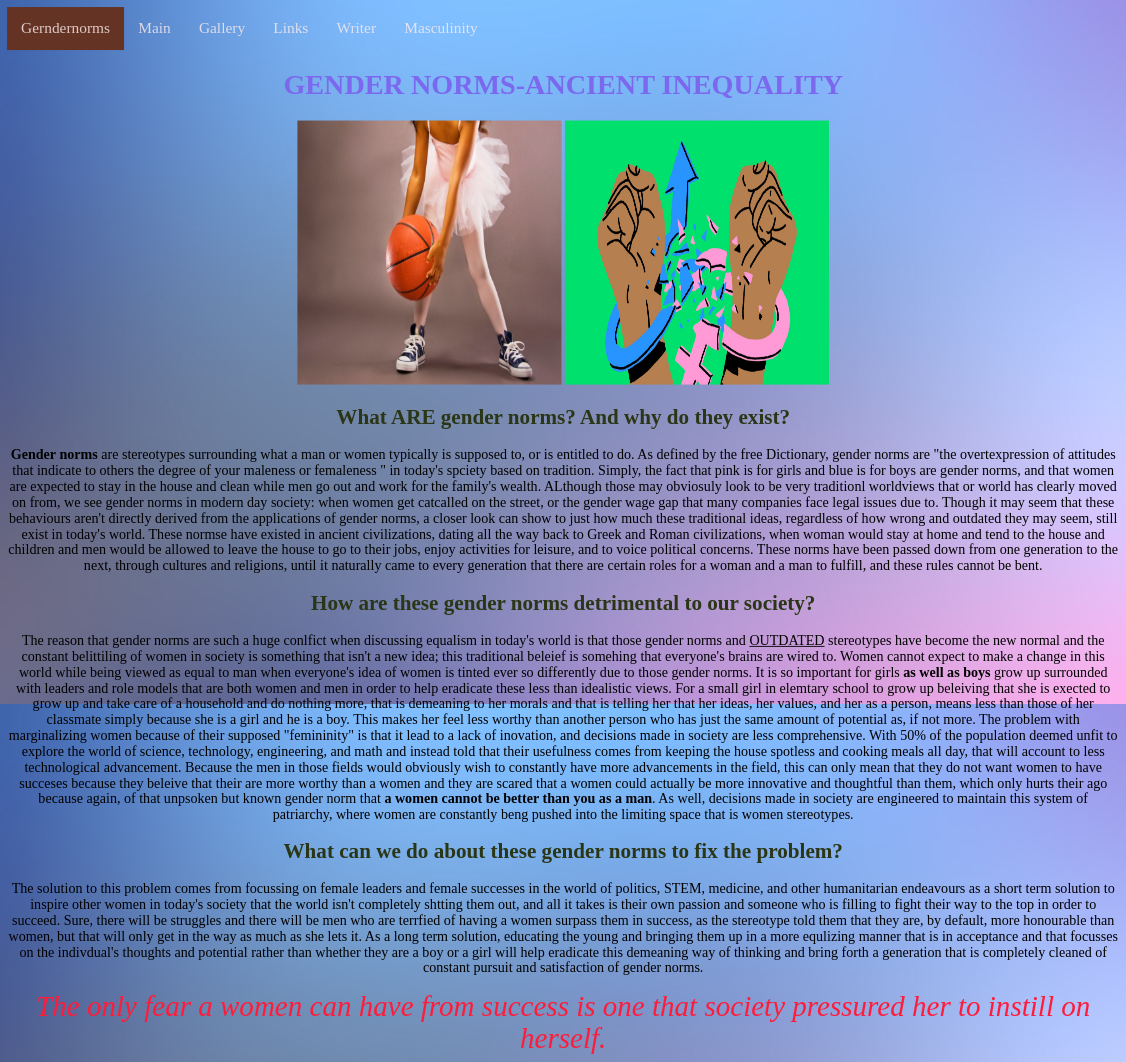
Repository: Lujaina-E/womens-rights-site
Page: gendernorms.html
The author's editor kept a copy of each file at every save. The page is drawn from the files as they stood at one save, then again after the next save.
The browser window is 1280 px wide. The pictures show the whole page, at 88% of full size.
Backgrounds fixed to the window are drawn as part of the page.

Above is the page before, as saved 2022-07-26 00:06:11.

### gendernorms.html
<!DOCTYPE html>
<html lang="en">
    <head>
        <title>gendernorms</title>
            <link rel="stylesheet" type="text/css" href="gendernormsStyle.css"/>
    </head>

    <div class="topnav" id="myTopnav">
        <a href="gendernorms.html" class="active">Gerndernorms</a>
        <a href="index.html">Main</a>
        <a href="gallery.html">Gallery</a>
        <a href="links.html">Links</a>
        <a href="founder.html">Writer</a>
        <a href="masculinity.html">Masculinity</a>
        <a href="javascript:void(0);" class="icon" onclick="myFunction()">
            <i class="fa fa-bars"></i>
        </a>
    </div>
    <body>
        <h1 id="pageTitle">GENDER NORMS-ANCIENT INEQUALITY</h1>
            <img id="photoID" src="Pictures/ballerina.jpg" alt="Please stand by and restart the page while you experience this error.">
            <img id="photoID" src="Pictures/hands.jpg" alt="Please stand by and restart the page while you experience this error.">

            <h2 class="heads">What ARE gender norms? And why do they exist?</h2>
                <p><b>Gender norms</b> are stereotypes surrounding what a man or women typically is supposed to, or is entitled to do. As defined by the free Dictionary, gender norms are "the
                overtexpression of attitudes that indicate to others the degree of your maleness or femaleness " in today's spciety based on tradition. Simply, the fact that pink is for girls
                and blue is for boys are gender norms, and that women are expected to stay in the house and clean while men go out and work for the family's wealth. ALthough those may obviosuly
                look to be very traditionl worldviews that or world has clearly moved on from, we see gender norms in modern day society: when women get catcalled on the street, or the gender
                wage gap that many companies face legal issues due to. Though it may seem that these behaviours aren't directly derived from the applications of gender norms, a closer look can
                show to just how much these traditional ideas, regardless of how wrong and outdated they may seem, still exist in today's world. These normse have existed in ancient civilizations,
                dating all the way back to Greek and Roman civilizations, when woman would stay at home and tend to the house and children and men would be allowed to leave the house to go to
                their jobs, enjoy activities for leisure, and to voice political concerns. These norms have been passed down from one generation to the next, through cultures and religions, until
                it naturally came to every generation that there are certain roles for a woman and a man to fulfill, and these rules cannot be bent.</p>
            <h2 class="heads"> How are these gender norms detrimental to our society?</h2>
                <p>The reason that gender norms are such a huge conlfict when discussing equalism in today's world is that those gender norms and <U>OUTDATED</U> stereotypes have become the new normal
                and the constant belittiling of women in society is something that isn't a new idea; this traditional beleief is somehing that everyone's brains are wired to. Women cannot expect to
                make a change in this world while being viewed as equal to man when everyone's idea of women is tinted ever so differently due to those gender norms. It is so important for girls
                <b>as well as boys</b> grow up surrounded with leaders and role models that are both women and men in order to help eradicate these less than idealistic views. For a small girl
                in elemtary school to grow up beleiving that she is exected to grow up and take care of a household and do nothing more, that is demeaning to her morals and that is telling her
                that her ideas, her values, and her as a person, means less than those of her classmate simply because she is a girl and he is a boy. This makes her feel less worthy than another
                person who has just the same amount of potential as, if not more. The problem with marginalizing women because of their supposed "femininity" is that it lead to a lack of inovation,
                and decisions made in society are less comprehensive. With 50% of the population deemed unfit to explore the world of science, technology, engineering, and math and instead told that
                their usefulness comes from keeping the house spotless and cooking meals all day, that will account to less technological advancement. Because the men in those fields would obviously wish to
                constantly have more advancements in the field, this can only mean that they do not want women to have succeses because they beleive that their are more worthy than a women and they are scared
                that a women could actually be more innovative and thoughtful than them, which only hurts their ago because again, of that unpsoken but known gender norm that <b>a women cannot be better than
                you as a man</b>. As well, decisions made in society are engineered to maintain this system of patriarchy, where women are constantly beng pushed into the limiting space  that is women stereotypes.</p>
            <h2 class="heads">What can we do about these gender norms to fix the problem?</h2>
                <p>The solution to this problem comes from focussing on female leaders and female successes in the world of politics, STEM, medicine, and other humanitarian endeavours as a short term solution
                to inspire other women in today's society that the world isn't completely shtting them out, and all it takes is their own passion and someone who is filling to fight their way to the top in order
                to succeed. Sure, there will be struggles and there will be men who are terrfied of having a women surpass them in success, as the stereotype told them that they are, by default, more honourable than
                women, but that will only get in the way as much as she lets it. As a long term solution, educating the young and bringing them up in a more equlizing manner that is in acceptance and that
                focusses on the indivdual's thoughts and potential rather than whether they are a boy or a girl will help eradicate this demeaning way of thinking and bring forth a generation that is completely cleaned of
                constant pursuit and satisfaction of gender norms.</p>

    <i>The only fear a women can have from success is one that society pressured her to instill on herself.</i>
    </body>
</html>

### gendernormsStyle.css
            body {
                font-family: Times New Roman;
                text-align: center;
                background-color: lavenderblush;
                background-image: url('Pictures/backdrop.jpg');
                background-repeat: no-repeat;
                background-position: center center;
                background-size: cover;
                background-attachment: fixed;
            }

            #pageTitle {
                 color: mediumslateblue;
            }

            #photoID {
                width: 300px;
                height: 300px;
            }

            .heads{
                color:rgb(42, 54, 21);
            }

            body > i{
                font-size: 33px;
                color: rgb(255, 28, 58);
            }

            .topnav {
                overflow: hidden;
              }

              .topnav a {
                float: left;
                display: block;
                color: rgba(247, 235, 235, 0.829);
                text-align: center;
                padding: 14px 16px;
                text-decoration: none;
                font-size: 17.5px;
              }

              .topnav a:hover {
                color: rgb(88, 26, 26);
              }

              .topnav a.active {
                background-color: #643324;
                color: rgba(247, 235, 235, 0.829);
              }

              .topnav .icon {
                display: none;
              }

                @media screen and (max-width: 600px) {
                    .topnav a:not(:first-child) {display: none;}
                    .topnav a.icon {
                    float: right;
                    display: block;
                    }
                }

                @media screen and (max-width: 600px) {
                    .topnav.responsive {position: relative;}
                    .topnav.responsive a.icon {
                    position: absolute;
                    right: 0;
                    top: 0;
                    }
                    .topnav.responsive a {
                    float: none;
                    display: block;
                    text-align: left;
                    }
                }

After the next save:
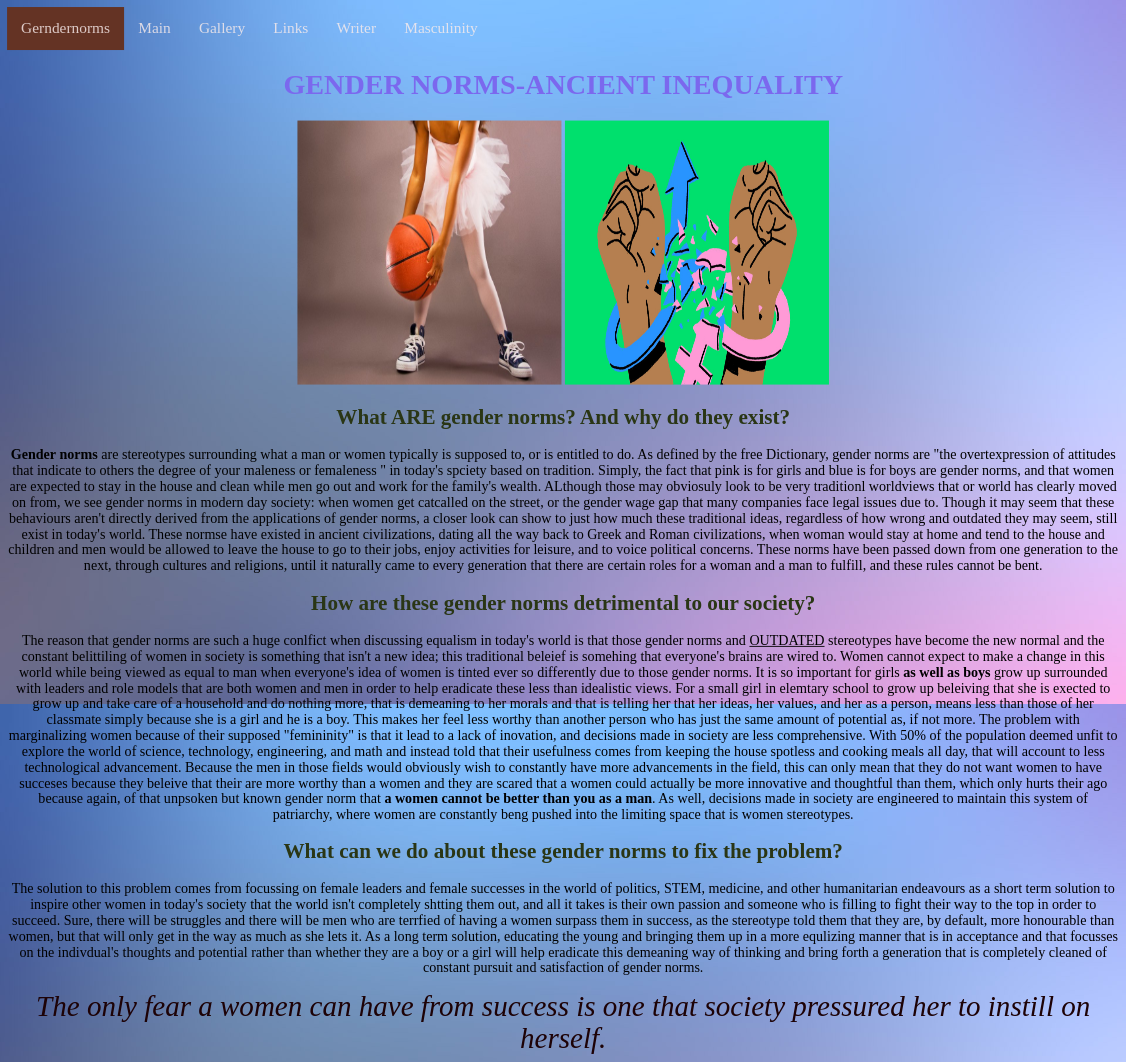
Saved 5 s later.
--- a/gendernormsStyle.css
+++ b/gendernormsStyle.css
@@ -24,7 +24,7 @@
 
             body > i{
                 font-size: 33px;
-                color: rgb(255, 28, 58);
+                color: rgb(29, 2, 6);
             }
 
             .topnav {
